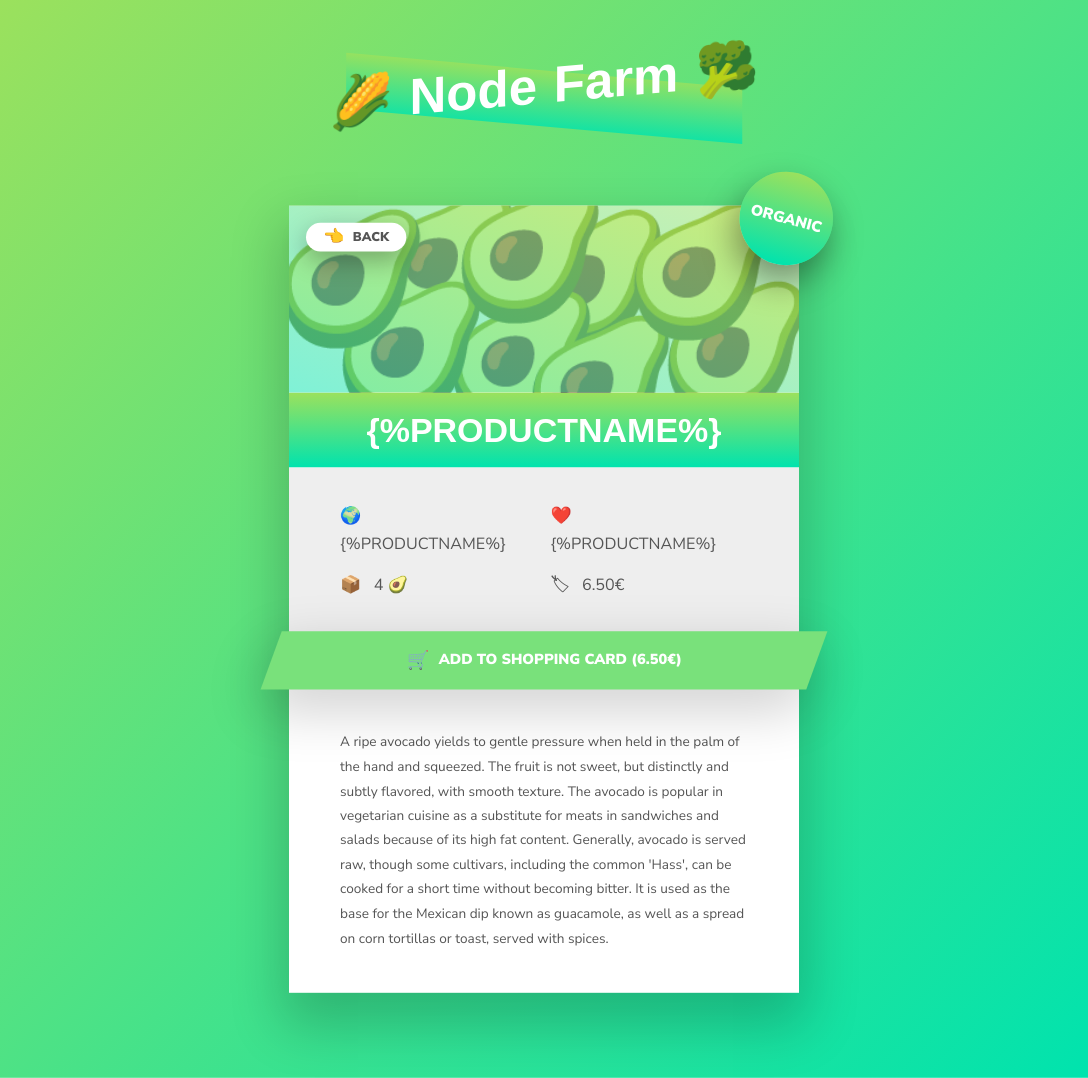
Repository: Tiantian-C/node2
Page: templates/product.html
These files come from the project's save history. The page is drawn as it stood at one moment and after the next save; the edit follows.
The browser window is 1280 px wide. The pictures show the whole page, at 85% of full size.
Some web fonts or font styles are not loaded; a fallback is used.

Above is the page before, as saved 2023-07-15 15:27:15.

### templates/product.html
<!DOCTYPE html>
<html lang="en">
  <head>
    <meta charset="UTF-8" />
    <meta name="viewport" content="width=device-width, initial-scale=1.0" />
    <meta http-equiv="X-UA-Compatible" content="ie=edge" />
    <link
      href="https://fonts.googleapis.com/css?family=Megrim|Nunito+Sans:400,900"
      rel="stylesheet"
    />
    <link
      rel="icon"
      href="https://emojipedia-us.s3.dualstack.us-west-1.amazonaws.com/thumbs/240/apple/155/ear-of-maize_1f33d.png"
    />

    <title>Fresh Avocados 🥑 /// NODE FARM</title>

    <style>
      *,
      *::before,
      *::after {
        margin: 0;
        padding: 0;
        box-sizing: inherit;
      }

      html {
        font-size: 62.5%;
        box-sizing: border-box;
      }

      body {
        padding: 5rem 5rem 10rem;
        line-height: 1.7;
        font-family: 'Nunito Sans', sans-serif;
        color: #555;
        min-height: 100vh;
        background: linear-gradient(to bottom right, #9be15d, #00e3ae);
      }

      h1 {
        font-family: 'Megrim', sans-serif;
        font-size: 6rem;
        color: white;
        transform: skewY(-5deg);
        text-align: center;
        position: relative;
        word-spacing: 3px;
      }

      h1::before {
        content: '';
        display: block;
        height: 65%;
        width: 49%;
        position: absolute;
        top: 105%;
        left: 50%;
        background: linear-gradient(to bottom, #9be15d, #00e3ae);
        opacity: 0.8;
        z-index: -1;
        transform: skewY(370deg) translate(-50%, -50%);
      }

      .container {
        width: 95rem;
        margin: 0 auto;
      }

      .product {
        width: 60rem;
        margin: 0 auto;
        margin-top: 9rem;
        background: white;
        box-shadow: 0 3rem 6rem 1rem rgba(0, 0, 0, 0.2);
        position: relative;
      }

      .product__hero {
        position: relative;
        height: 22rem;
        overflow: hidden;
      }

      .product__hero::before {
        content: '';
        display: block;
        height: 100%;
        width: 100%;
        position: absolute;
        top: 0;
        left: 0;
        background-image: linear-gradient(to left bottom, #9be15d, #00e3ae);
        opacity: 0.5;
        z-index: 100;
      }

      .product__emoji {
        font-size: 15rem;
        position: absolute;
      }

      .product__emoji--1 {
        top: -4rem;
        left: -2rem;
        z-index: 10;
      }

      .product__emoji--2 {
        top: -6rem;
        left: 9rem;
      }

      .product__emoji--3 {
        top: -4rem;
        right: 15rem;
      }

      .product__emoji--4 {
        top: -5rem;
        right: 2rem;
        z-index: 10;
      }

      .product__emoji--5 {
        bottom: -9rem;
        left: 18rem;
      }

      .product__emoji--6 {
        bottom: -8rem;
        left: 5rem;
      }

      .product__emoji--7 {
        bottom: -12rem;
        right: 14rem;
      }

      .product__emoji--8 {
        bottom: -8rem;
        right: -2rem;
      }

      .product__emoji--9 {
        top: -7rem;
        left: 19rem;
      }

      .product__organic {
        position: absolute;
        top: -4rem;
        right: -4rem;
        z-index: 1000;
        height: 11rem;
        width: 11rem;
        background-image: linear-gradient(to bottom, #9be15d, #00e3ae);
        border-radius: 50%;
        transform: rotate(15deg);
        box-shadow: 0 2rem 4rem rgba(0, 0, 0, 0.4);
        display: flex;
        align-items: center;
        justify-content: center;
      }

      .product__organic h5 {
        font-weight: 900;
        text-transform: uppercase;
        font-size: 1.8rem;
        color: white;
      }

      .product__back:link,
      .product__back:visited {
        position: absolute;
        top: 2rem;
        left: 2rem;
        font-size: 1.5rem;
        font-weight: 700;
        text-transform: uppercase;
        text-decoration: none;
        z-index: 1000;
        color: #555;
        background-color: white;
        box-shadow: 0 1rem 3rem rgba(0, 0, 0, 0.3);
        border-radius: 100rem;
        padding: 0 2rem;
        transition: all 0.3s;
        display: flex;
        align-items: center;
      }

      .product__back:hover,
      .product__back:active {
        background-color: #79e17b;
      }

      .product__name {
        background: linear-gradient(to bottom, #9be15d, #00e3ae);
        padding: 1rem;
        font-family: 'Megrim', sans-serif;
        font-size: 4rem;
        color: white;
        text-align: center;
        word-spacing: 2px;
      }

      .product__details {
        background-color: #eee;
        padding: 4rem 6rem;
        font-size: 1.9rem;
        display: grid;
        grid-template-columns: 1fr 1fr;
        grid-gap: 1.5rem;
      }

      .product__description {
        padding: 5rem 6rem;
        font-size: 1.6rem;
        line-height: 1.8;
      }

      .product__link:link,
      .product__link:visited {
        display: block;
        background-color: #79e17b;
        color: white;
        font-size: 1.6rem;
        font-weight: 700;
        text-transform: uppercase;
        text-decoration: none;
        padding: 1.5rem;
        text-align: center;
        transform: scale(1.07) skewX(-20deg);
        box-shadow: 0 2rem 6rem rgba(0, 0, 0, 0.2);
        display: flex;
        align-items: center;
        justify-content: center;
        transition: all 0.3s;
      }

      .product__link:hover,
      .product__link:active {
        background-color: #9be15d;
        transform: scale(1.1) skewX(-20deg);
      }

      .product__link span {
        transform: skewX(20deg);
      }

      .emoji-left {
        font-size: 2rem;
        margin-right: 1rem;
      }

      .emoji-right {
        font-size: 2rem;
        margin-left: 1rem;
      }

      .not-organic {
        display: none;
      }
    </style>
  </head>

  <body>
    <div class="container">
      <h1>🌽 Node Farm 🥦</h1>

      <figure class="product">
        <div class="product__organic"><h5>Organic</h5></div>
        <a href="#" class="product__back">
          <span class="emoji-left">👈</span>Back
        </a>
        <div class="product__hero">
          <span class="product__emoji product__emoji--1">🥑</span>
          <span class="product__emoji product__emoji--2">🥑</span>
          <span class="product__emoji product__emoji--3">🥑</span>
          <span class="product__emoji product__emoji--4">🥑</span>
          <span class="product__emoji product__emoji--5">🥑</span>
          <span class="product__emoji product__emoji--6">🥑</span>
          <span class="product__emoji product__emoji--7">🥑</span>
          <span class="product__emoji product__emoji--8">🥑</span>
          <span class="product__emoji product__emoji--9">🥑</span>
        </div>
        <h2 class="product__name">{%PRODUCTNAME%}</h2>
        <div class="product__details">
          <p><span class="emoji-left">🌍</span> {%PRODUCTNAME%}</p>
          <p><span class="emoji-left">❤️</span> {%PRODUCTNAME%}</p>
          <p><span class="emoji-left">📦</span> 4 🥑</p>
          <p><span class="emoji-left">🏷</span> 6.50€</p>
        </div>

        <a href="#" class="product__link">
          <span class="emoji-left">🛒</span>
          <span>Add to shopping card (6.50€)</span>
        </a>

        <p class="product__description">
          A ripe avocado yields to gentle pressure when held in the palm of the
          hand and squeezed. The fruit is not sweet, but distinctly and subtly
          flavored, with smooth texture. The avocado is popular in vegetarian
          cuisine as a substitute for meats in sandwiches and salads because of
          its high fat content. Generally, avocado is served raw, though some
          cultivars, including the common 'Hass', can be cooked for a short time
          without becoming bitter. It is used as the base for the Mexican dip
          known as guacamole, as well as a spread on corn tortillas or toast,
          served with spices.
        </p>
      </figure>

    </div>
  </body>
</html>

After the next save:
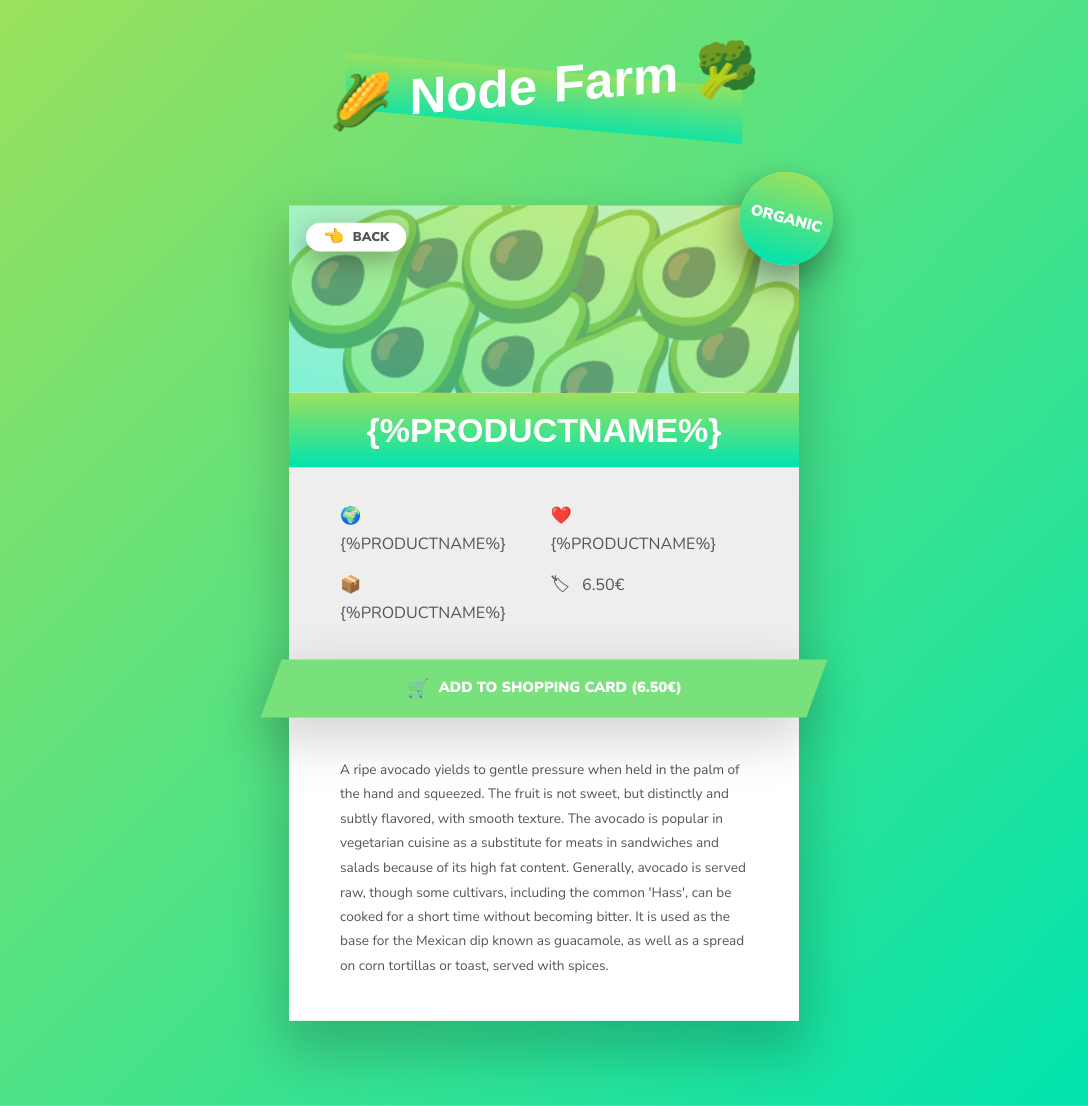
Saved 5 s later.
--- a/templates/product.html
+++ b/templates/product.html
@@ -289,7 +289,7 @@
         <div class="product__details">
           <p><span class="emoji-left">🌍</span> {%PRODUCTNAME%}</p>
           <p><span class="emoji-left">❤️</span> {%PRODUCTNAME%}</p>
-          <p><span class="emoji-left">📦</span> 4 🥑</p>
+          <p><span class="emoji-left">📦</span> {%PRODUCTNAME%}</p>
           <p><span class="emoji-left">🏷</span> 6.50€</p>
         </div>
 
